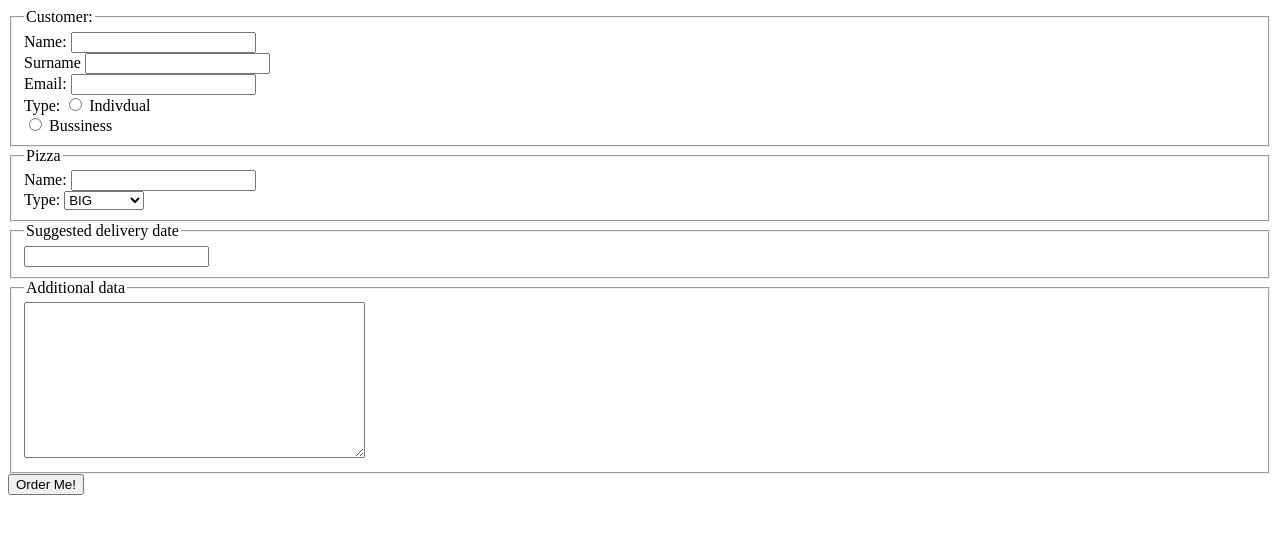
Repository: wisni4k/html-trainee
Page: testWeb/WebContent/Formularz.html
An editor plug-in stored every save of this project. The page is shown before and after the next save, followed by the edit.
The browser window is 1280 px wide. The pictures show the whole page.

Above is the page before, as saved 2015-07-10 12:01:18.

### testWeb/WebContent/Formularz.html
<!DOCTYPE html>
<html>
<head>
<meta charset="UTF-8">
<title>Insert title here</title>
</head>
<body>

	<form>
		<fieldset>
			<legend>Customer:</legend>
			Name: <input name ="name" type="text"><br> Surname <input type="text"><br>
			Email: <input name ="email" type="text"><br>
			Type: <input type="radio" name="group1" value="Indivdual"> Indivdual<br>
					<input type="radio" name="group1" value="Bussiness"> Bussiness<br>
		</fieldset>

		<fieldset>
			<legend>Pizza</legend>
			Name: <input name="pizzaName" type="text"><br>
			 Type: <select name="decision">
				<option selected>BIG
				<option>SMALL
				<option>NORMAL
				<option>LARGE
			</select>
		</fieldset>
		<fieldset>
			<legend>Suggested delivery date</legend>
			<form>
				<input name="t" type="datetime">
			</form>
		</fieldset>
		<fieldset>
			<legend>Additional data</legend>
			<textarea name="nazwa" cols="40" rows="10">

			</textarea>
		</fieldset>
	</form>
		<form action="OrdersList.html">
		<input type="submit" value="Order Me!">
	</form>


</body>
</html>

After the next save:
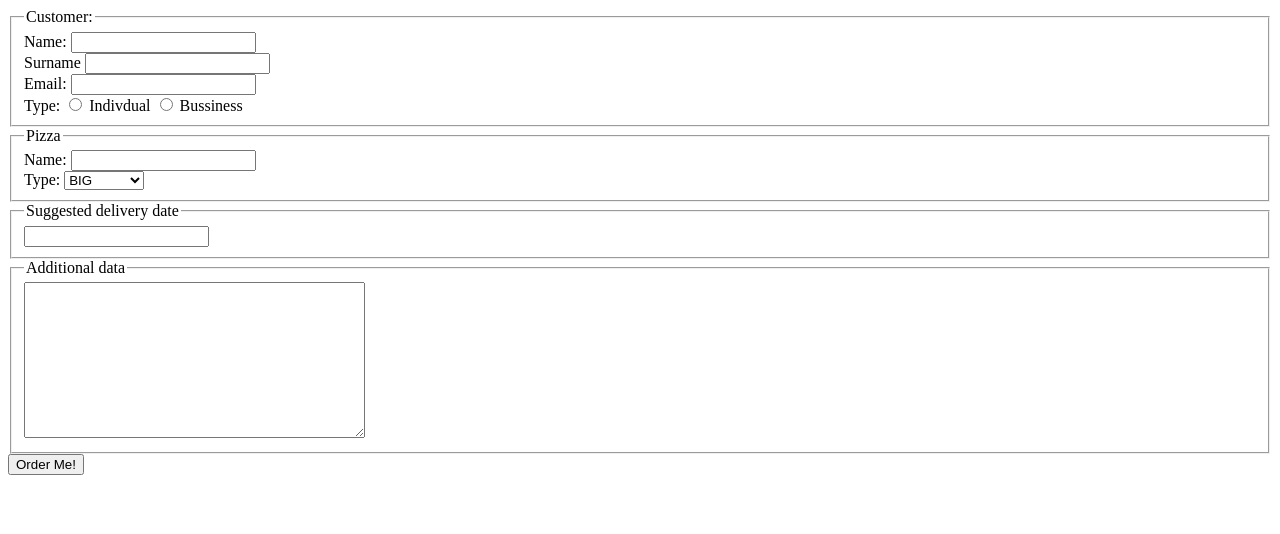
Saved 15 s later.
--- a/testWeb/WebContent/Formularz.html
+++ b/testWeb/WebContent/Formularz.html
@@ -11,8 +11,8 @@
 			<legend>Customer:</legend>
 			Name: <input name ="name" type="text"><br> Surname <input type="text"><br>
 			Email: <input name ="email" type="text"><br>
-			Type: <input type="radio" name="group1" value="Indivdual"> Indivdual<br>
-					<input type="radio" name="group1" value="Bussiness"> Bussiness<br>
+			Type: <input type="radio" name="group1" value="Indivdual"> Indivdual
+					<input type="radio" name="group1" value="Bussiness"> Bussiness
 		</fieldset>
 
 		<fieldset>
